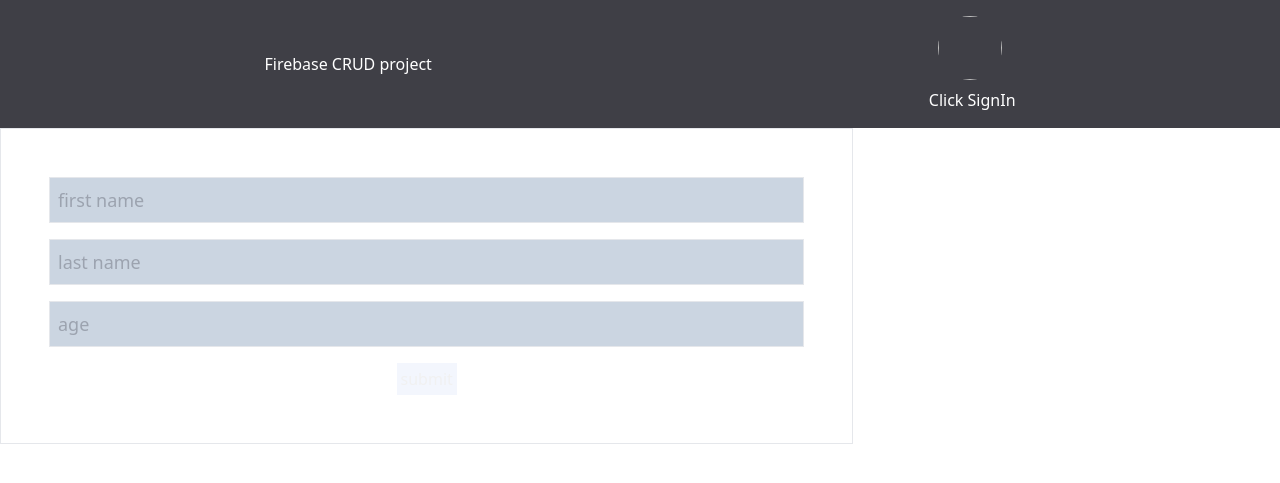
Repository: Semanmernstack/firebase-crud
Page: /
The author's editor kept a copy of each file at every save. The page is drawn from the files as they stood at one save, then again after the next save.
The browser window is 1280 px wide. The pictures show the whole page.
The page's requests for data from a server got no answer. The project was rebuilt for these pictures with package versions that can differ from the ones it lists, and the page was loaded fresh each time. No one was signed in, and anything a server would have sent is missing. Also part of the build but not shown: src/components/Regform.js.

Above is the page before, as saved 2023-03-17 08:24:08.

### src/index.css
body {
  margin: 0;

}

@tailwind base;
@tailwind components;
@tailwind utilities;

### src/App.js



import Body from "./components/Body";
import Header from "./components/Header";





function App() {

  return (
    <div className="">
      <Header/>
      <Body/>
    </div>
  );
}

export default App;

### src/components/Body.js
import { addDoc, collection, onSnapshot } from 'firebase/firestore';
import React, { useEffect, useState } from 'react'
import { useForm } from 'react-hook-form';
import { db } from '../firebase.';
import Regform from './Regform';

function Body() {
    const [reg, setReg] = useState([])

    useEffect(() =>
        onSnapshot(collection(db, "reg"), (snapshot) => {
            setReg(snapshot.docs.map((doc) => ({ ...doc.data(), id: doc.id })))
        }
        ), []);





    const {
        register,
        handleSubmit,
        formState: { errors },
    } = useForm();
    const onSubmit = (data) => {
        addDoc(collection(db, "reg"), {
            ...data
        })

    };
  return (
    <div className="p-8 text-black flex flex-col w-2/3 border ">
        <form className='flex flex-col p-4 gap-4 items-center justify-center text-center' onSubmit={handleSubmit(onSubmit)}>
            <input className="w-full p-2 border outline-none bg-slate-300 text black text-lg "  placeholder='first name'  {...register('firstName')} />
            <input className="w-full p-2 border outline-none bg-slate-300 text black text-lg "  placeholder='last name' {...register('lastName', { required: true })} />
            {errors.lastName && <p>Last name is required.</p>}
            <input className="w-full p-2 border outline-none bg-slate-300 text black text-lg "  placeholder='age' {...register('age', { pattern: /\d+/ })} />
            {errors.age && <p>Please enter number for age.</p>}
            <button className='bg-blue-600 opacity-5  p-1' type="submit">submit</button>
        </form>

        <div>
            {reg?.map((r) => (

                <div>
                <Regform
                    key={r.id}
                    id={r.id}
                    age={r.age}
                    firstName={r.firstName}
                    lastName={r.lastName}
                />
                </div>

            ))}

        </div>





    </div>
  )
}

export default Body

### src/components/Header.js


import Login from "./Login"


function Header() {



  return (
    <nav className="flex items-center justify-around bg-zinc-700 text-white p-4">
        <div>
            <h1> Firebase CRUD project</h1>
        </div>
        <Login/>

    </nav>


  )
}

export default Header

### src/firebase..js
import { initializeApp } from "firebase/app";
import { getAuth, GoogleAuthProvider } from "firebase/auth";
import { getFirestore } from "firebase/firestore";
// TODO: Add SDKs for Firebase products that you want to use
// https://firebase.google.com/docs/web/setup#available-libraries

// Your web app's Firebase configuration
const firebaseConfig = {
  apiKey: "AIzaSyBgS0aivKoq6PRjPIzLlCpHxI0D8M1DMtw",
  authDomain: "school-81c7d.firebaseapp.com",
  projectId: "school-81c7d",
  storageBucket: "school-81c7d.appspot.com",
  messagingSenderId: "524069258489",
  appId: "1:524069258489:web:11c09d32a06e9a8b970e28"
};

// Initialize Firebase
const app = initializeApp(firebaseConfig);
const auth = getAuth(app);
const provider = new GoogleAuthProvider();
const db = getFirestore(app)

export { auth, provider, db }

### src/components/Login.js
import { onAuthStateChanged, signInWithPopup } from 'firebase/auth'
import React, { useEffect, useState } from 'react'
import { auth, provider } from '../firebase.'


function Login() {
    const [user, setUser] = useState("")
    useEffect(() => {

        onAuthStateChanged(auth, (user) => {
            console.log(user)
          if (user) {
            setUser(user)
          }
        })

      }, [])





    const signIn = () => {
       try {
            signInWithPopup(auth, provider)
       }
       catch (error) {
            alert(error.message)
       }
    }
  return (
    <div className="flex flex-col items-center gap-2">
        <div className="flex gap-1 items-center">
            <img className='rounded-full h-16 w-16' src={user.photoURL} alt="" />
            <h1>{user?.displayName}</h1>
        </div>
        <div>
            <button onClick={signIn} >Click SignIn</button>
        </div>



    </div>
  )
}

export default Login

Loaded but not shown: public/index.html (common file); src/index.js (common file); src/reportWebVitals.js (common file); tailwind.config.js (common file)

After the next save:
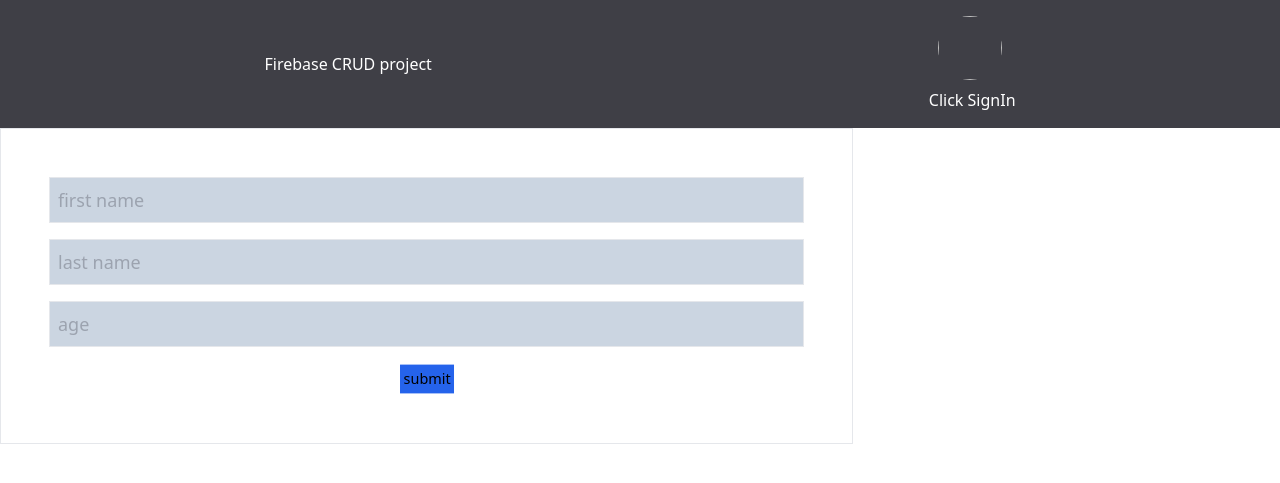
Saved 40 s later.
--- a/src/components/Body.js
+++ b/src/components/Body.js
@@ -36,7 +36,7 @@ function Body() {
             {errors.lastName && <p>Last name is required.</p>}
             <input className="w-full p-2 border outline-none bg-slate-300 text black text-lg "  placeholder='age' {...register('age', { pattern: /\d+/ })} />
             {errors.age && <p>Please enter number for age.</p>}
-            <button className='bg-blue-600 opacity-5  p-1' type="submit">submit</button>
+            <button className='bg-blue-600 hover: scale-90 ease-out  p-1' type="submit">submit</button>
         </form>
 
         <div>
